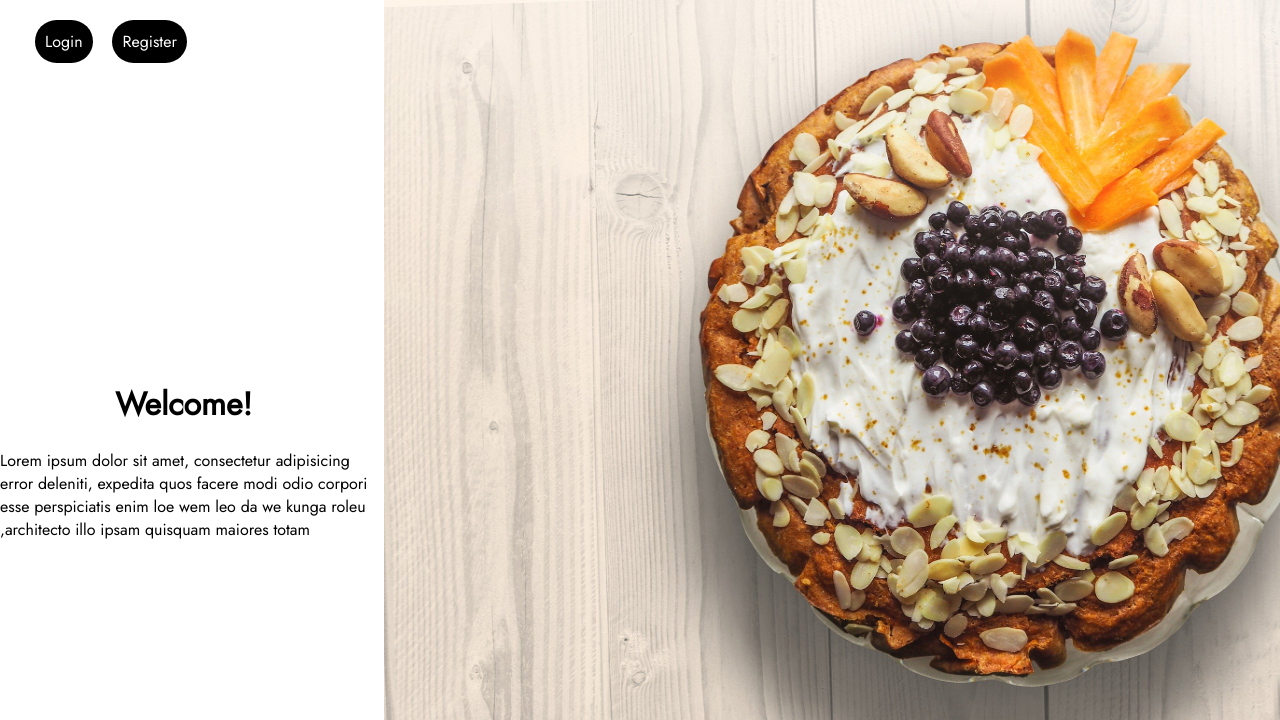
Repository: PatryxB/recipeCook
Page: http://localhost/
These files come from the project's save history. The page is drawn as it stood at one moment and after the next save; the edit follows.
The browser window is 1280 px wide. The pictures show the whole page.
The page is served by the project's Laravel application, run on PHP 8.4 with Laravel 8. Style sheets and scripts are compiled from the project's sources, by tool versions that may differ from the author's.

Above is the page before, as saved 2020-05-02 11:27:56.

After the next save:
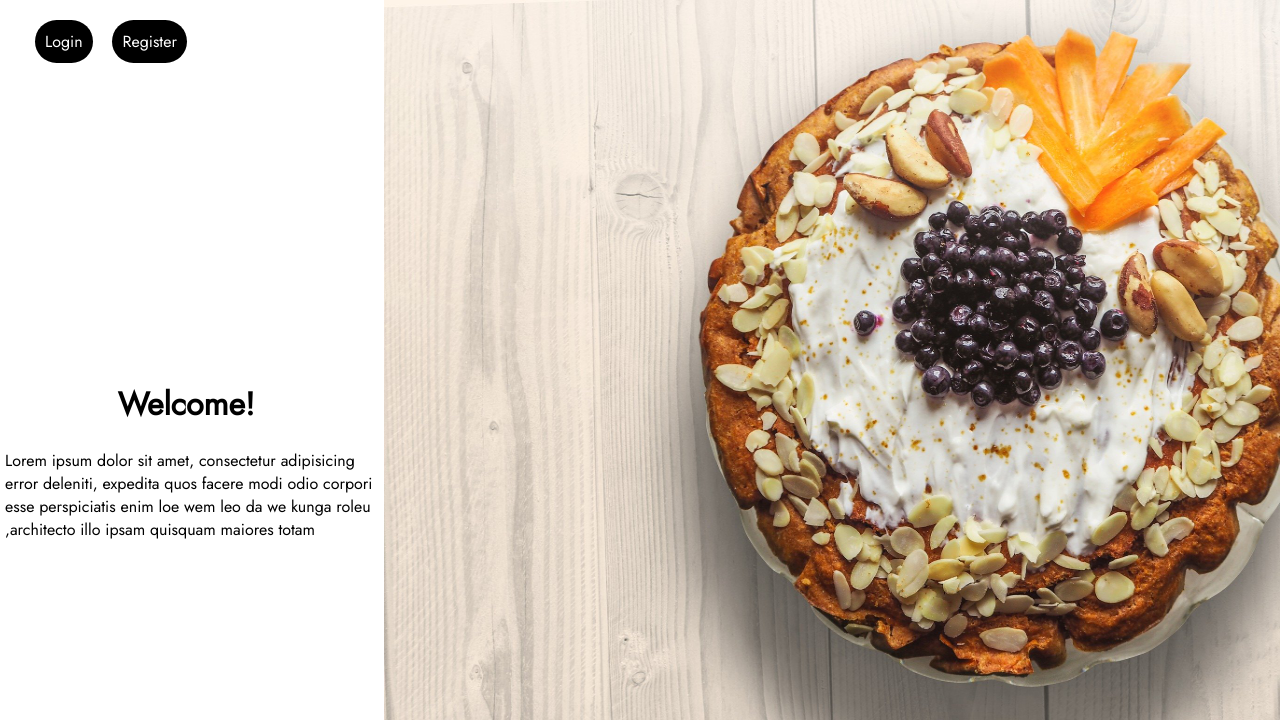
Saved 25 s later.
--- a/resources/views/welcome.blade.php
+++ b/resources/views/welcome.blade.php
@@ -20,7 +20,7 @@
             <div class="info">
                 <div class="text">
                     <h1 style="text-align: center">Welcome!</h1>
-                    <p>Lorem ipsum dolor sit amet, consectetur adipisicing <br>
+                    <p style="margin-left:5px;">Lorem ipsum dolor sit amet, consectetur adipisicing <br>
                     error deleniti, expedita quos facere modi odio corpori <br>
                     esse perspiciatis enim loe wem leo da we kunga roleu <br>
                     ,architecto illo ipsam quisquam maiores totam </p>
